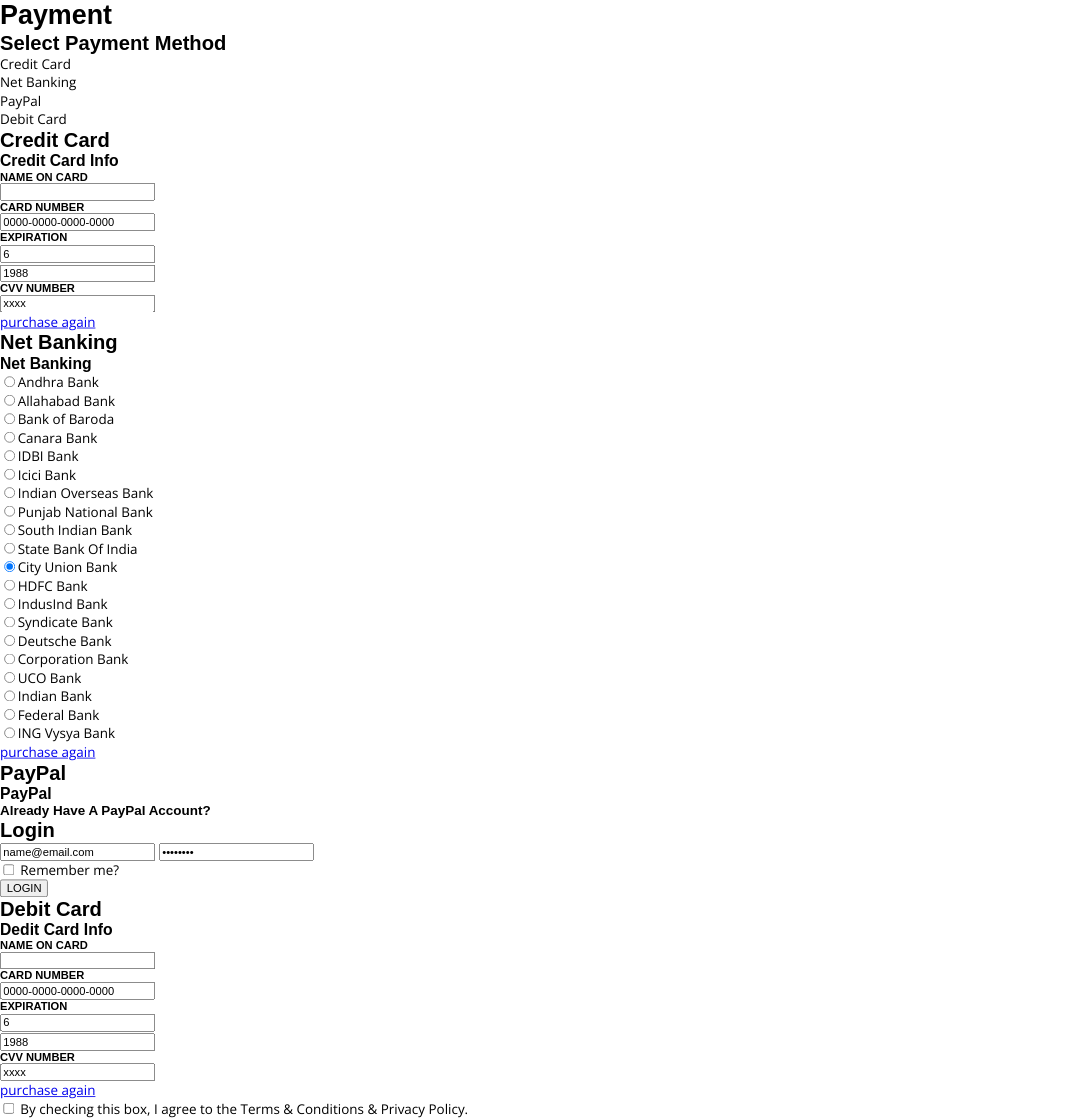
Repository: abinbabu/project-1-final
Page: http://localhost/shoppingcartfront/WEB-INF/views/lastpage.jsp
The author's editor kept a copy of each file at every save. The page is drawn from the files as they stood at one save, then again after the next save.
The browser window is 1280 px wide. The pictures show the whole page, at 84% of full size.
Some web fonts or font styles are not loaded; a fallback is used. The page is served by Tomcat 9. Nobody is signed in. Other server files are loaded and not shown. The template is opened directly, without the code that normally fills it, so the values that code supplies are empty.

Above is the page before, as saved 2016-08-21 09:49:42.

### final complete/shoppingcartfront/src/main/webapp/WEB-INF/views/lastpage.jsp
<%@ page language="java" contentType="text/html; charset=ISO-8859-1"
    pageEncoding="ISO-8859-1"%>
    <%@ taglib prefix="spring" uri="http://www.springframework.org/tags"%>
<%@ taglib uri="http://java.sun.com/jsp/jstl/core" prefix="c"%>
<!DOCTYPE html PUBLIC "-//W3C//DTD HTML 4.01 Transitional//EN" "http://www.w3.org/TR/html4/loose.dtd">
<html>
<head>
<meta http-equiv="Content-Type" content="text/html; charset=ISO-8859-1">
<link href="<c:url value="/resources/css/style.css" />"
	rel="stylesheet">
	<link href='//fonts.googleapis.com/css?family=Fugaz+One' rel='stylesheet' type='text/css'>
<link href='//fonts.googleapis.com/css?family=Alegreya+Sans:400,100,100italic,300,300italic,400italic,500,500italic,700,700italic,800,800italic,900,900italic' rel='stylesheet' type='text/css'>
<link href='//fonts.googleapis.com/css?family=Open+Sans:400,300,300italic,400italic,600,600italic,700,700italic,800,800italic' rel='stylesheet' type='text/css'>
<script src="<c:url value="/resources/js/jquery.min.js" />"></script>


<title>payment</title>
</head>
<body>
<div class="main">
		<h1>Payment</h1>
		<div class="content">

			<script src="<c:url value="/resources/js/easyResponsiveTabs.js" />" type="text/javascript"></script>
					<script type="text/javascript">
						$(document).ready(function () {
							$('#horizontalTab').easyResponsiveTabs({
								type: 'default', //Types: default, vertical, accordion
								width: 'auto', //auto or any width like 600px
								fit: true   // 100% fit in a container
							});
						});

					</script>
						<div class="sap_tabs">
							<div id="horizontalTab" style="display: block; width: 100%; margin: 0px;">
								<div class="pay-tabs">
									<h2>Select Payment Method</h2>
									  <ul class="resp-tabs-list">
										  <li class="resp-tab-item" aria-controls="tab_item-0" role="tab"><span><label class="pic1"></label>Credit Card</span></li>
										  <li class="resp-tab-item" aria-controls="tab_item-1" role="tab"><span><label class="pic3"></label>Net Banking</span></li>
										  <li class="resp-tab-item" aria-controls="tab_item-2" role="tab"><span><label class="pic4"></label>PayPal</span></li>
										  <li class="resp-tab-item" aria-controls="tab_item-3" role="tab"><span><label class="pic2"></label>Debit Card</span></li>
										  <div class="clear"></div>
									  </ul>
								</div>
								<div class="resp-tabs-container">
									<div class="tab-1 resp-tab-content" aria-labelledby="tab_item-0">
										<div class="payment-info">

											<h3 class="pay-title">Credit Card Info</h3>
											<form>
												<div class="tab-for">
													<h5>NAME ON CARD</h5>
														<input type="text" value="">
													<h5>CARD NUMBER</h5>
														<input class="pay-logo" type="text" value="0000-0000-0000-0000" onfocus="this.value = '';" onblur="if (this.value == '') {this.value = '0000-0000-0000-0000';}" required="">
												</div>
												<div class="transaction">
													<div class="tab-form-left user-form">
														<h5>EXPIRATION</h5>
															<ul>
																<li>
																	<input type="number" class="text_box" type="text" value="6" min="1" />
																</li>
																<li>
																	<input type="number" class="text_box" type="text" value="1988" min="1" />
																</li>

															</ul>
													</div>
													<div class="tab-form-right user-form-rt">
														<h5>CVV NUMBER</h5>
														<input type="text" value="xxxx" onfocus="this.value = '';" onblur="if (this.value == '') {this.value = 'xxxx';}" required="">
													</div>
													<div class="clear"></div>
												</div>
												<a href="#">purchase again</a>

											</form>

										</div>
									</div>
									<div class="tab-1 resp-tab-content" aria-labelledby="tab_item-1">
										<div class="payment-info">
											<h3>Net Banking</h3>
											<div class="radio-btns">
												<div class="swit">
													<div class="check_box"> <div class="radio"> <label><input type="radio" name="radio" checked=""><i></i>Andhra Bank</label> </div></div>
													<div class="check_box"> <div class="radio"> <label><input type="radio" name="radio"><i></i>Allahabad Bank</label> </div></div>
													<div class="check_box"> <div class="radio"> <label><input type="radio" name="radio"><i></i>Bank of Baroda</label> </div></div>
													<div class="check_box"> <div class="radio"> <label><input type="radio" name="radio"><i></i>Canara Bank</label> </div></div>
													<div class="check_box"> <div class="radio"> <label><input type="radio" name="radio"><i></i>IDBI Bank</label> </div></div>
													<div class="check_box"> <div class="radio"> <label><input type="radio" name="radio"><i></i>Icici Bank</label> </div></div>
													<div class="check_box"> <div class="radio"> <label><input type="radio" name="radio"><i></i>Indian Overseas Bank</label> </div></div>
													<div class="check_box"> <div class="radio"> <label><input type="radio" name="radio"><i></i>Punjab National Bank</label> </div></div>
													<div class="check_box"> <div class="radio"> <label><input type="radio" name="radio"><i></i>South Indian Bank</label> </div></div>
													<div class="check_box"> <div class="radio"> <label><input type="radio" name="radio"><i></i>State Bank Of India</label> </div></div>
												</div>
												<div class="swit">
													<div class="check_box"> <div class="radio"> <label><input type="radio" name="radio" checked=""><i></i>City Union Bank</label> </div></div>
													<div class="check_box"> <div class="radio"> <label><input type="radio" name="radio"><i></i>HDFC Bank</label> </div></div>
													<div class="check_box"> <div class="radio"> <label><input type="radio" name="radio"><i></i>IndusInd Bank</label> </div></div>
													<div class="check_box"> <div class="radio"> <label><input type="radio" name="radio"><i></i>Syndicate Bank</label> </div></div>
													<div class="check_box"> <div class="radio"> <label><input type="radio" name="radio"><i></i>Deutsche Bank</label> </div></div>
													<div class="check_box"> <div class="radio"> <label><input type="radio" name="radio"><i></i>Corporation Bank</label> </div></div>
													<div class="check_box"> <div class="radio"> <label><input type="radio" name="radio"><i></i>UCO Bank</label> </div></div>
													<div class="check_box"> <div class="radio"> <label><input type="radio" name="radio"><i></i>Indian Bank</label> </div></div>
													<div class="check_box"> <div class="radio"> <label><input type="radio" name="radio"><i></i>Federal Bank</label> </div></div>
													<div class="check_box"> <div class="radio"> <label><input type="radio" name="radio"><i></i>ING Vysya Bank</label> </div></div>
												</div>
												<div class="clear"></div>
											</div>
											<a href="#">purchase again</a>
										</div>
									</div>
									<div class="tab-1 resp-tab-content" aria-labelledby="tab_item-2">
										<div class="payment-info">
											<h3>PayPal</h3>
											<h4>Already Have A PayPal Account?</h4>
											<div class="login-tab">
												<div class="user-login">
													<h2>Login</h2>

													<form>
														<input type="text" value="name@email.com" onfocus="this.value = '';" onblur="if (this.value == '') {this.value = 'name@email.com';}" required="">
														<input type="password" value="PASSWORD" onfocus="this.value = '';" onblur="if (this.value == '') {this.value = 'PASSWORD';}" required="">
															<div class="user-grids">
																<div class="user-left">
																	<div class="single-bottom">
																			<ul>
																				<li>
																					<input type="checkbox"  id="brand1" value="">
																					<label for="brand1"><span></span>Remember me?</label>
																				</li>
																			</ul>
																	</div>
																</div>
																<div class="user-right">
																	<input type="submit" value="LOGIN">
																</div>
																<div class="clear"></div>
															</div>
													</form>
												</div>
											</div>
										</div>
									</div>
									<div class="tab-1 resp-tab-content" aria-labelledby="tab_item-3">
										<div class="payment-info">

											<h3 class="pay-title">Dedit Card Info</h3>
											<form>
												<div class="tab-for">
													<h5>NAME ON CARD</h5>
														<input type="text" value="">
													<h5>CARD NUMBER</h5>
														<input class="pay-logo" type="text" value="0000-0000-0000-0000" onfocus="this.value = '';" onblur="if (this.value == '') {this.value = '0000-0000-0000-0000';}" required="">
												</div>
												<div class="transaction">
													<div class="tab-form-left user-form">
														<h5>EXPIRATION</h5>
															<ul>
																<li>
																	<input type="number" class="text_box" type="text" value="6" min="1" />
																</li>
																<li>
																	<input type="number" class="text_box" type="text" value="1988" min="1" />
																</li>

															</ul>
													</div>
													<div class="tab-form-right user-form-rt">
														<h5>CVV NUMBER</h5>
														<input type="text" value="xxxx" onfocus="this.value = '';" onblur="if (this.value == '') {this.value = 'xxxx';}" required="">
													</div>
													<div class="clear"></div>
												</div>
												<a href="#">purchase again</a>
											</form>
											<div class="single-bottom">
													<ul>
														<li>
															<input type="checkbox"  id="brand" value="">
															<label for="brand"><span></span>By checking this box, I agree to the Terms & Conditions & Privacy Policy.</label>
														</li>
													</ul>
											</div>
										</div>
									</div>
								</div>
							</div>
						</div>

		</div>
		</div>
</body>
</html>

Loaded but not shown: final complete/shoppingcartfront/src/main/webapp/resources/js/jquery.min.js (library); final complete/shoppingcartfront/src/main/webapp/resources/js/easyResponsiveTabs.js (110 lines, source omitted); final complete/shoppingcartfront/src/main/webapp/resources/css/style.css (3419 lines, source omitted)

After the next save:
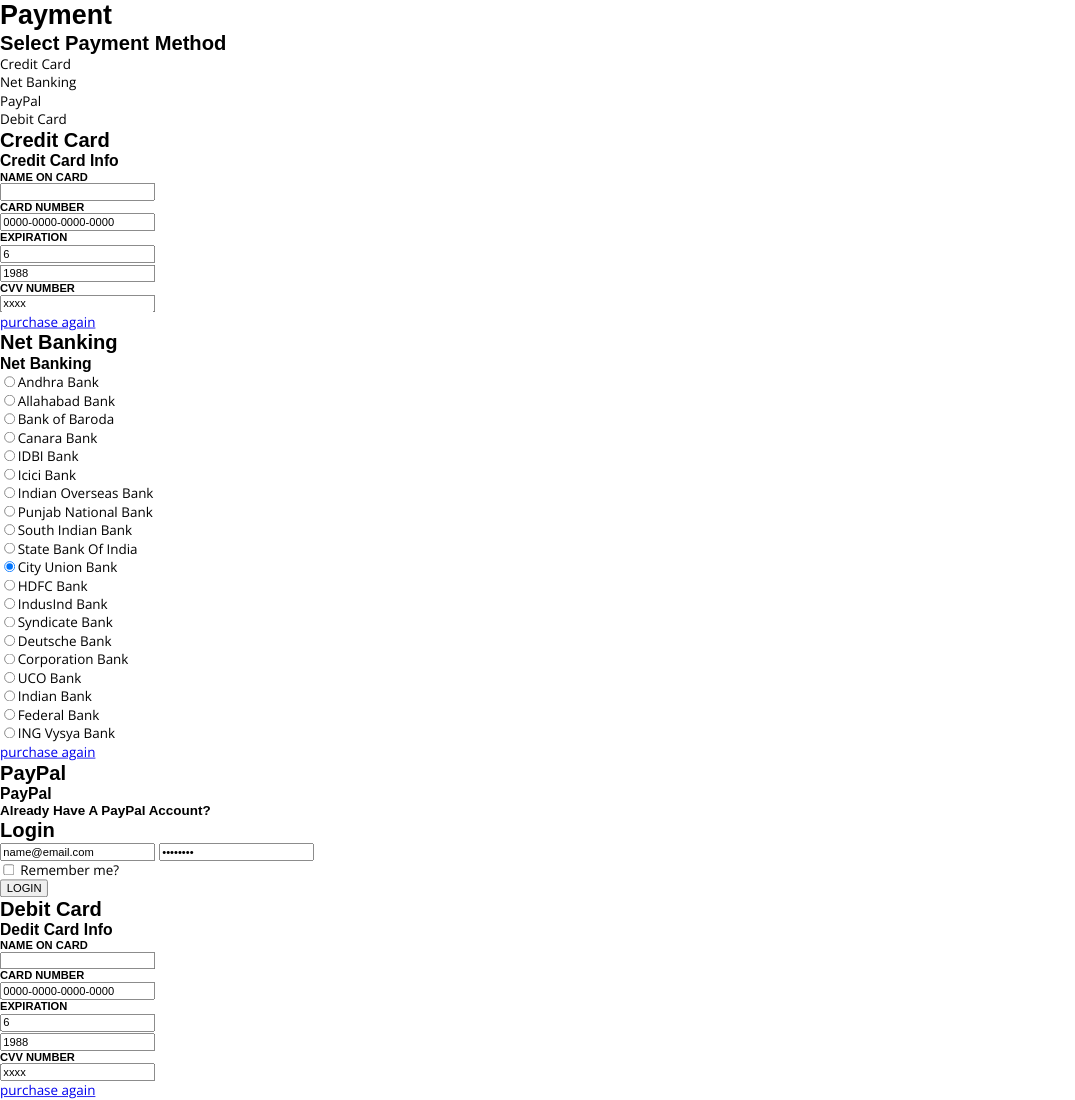
Saved 19 s later.
--- a/final complete/shoppingcartfront/src/main/webapp/WEB-INF/views/lastpage.jsp
+++ b/final complete/shoppingcartfront/src/main/webapp/WEB-INF/views/lastpage.jsp
@@ -178,13 +178,8 @@
 												</div>
 												<a href="#">purchase again</a>
 											</form>
-											<div class="single-bottom">
-													<ul>
-														<li>
-															<input type="checkbox"  id="brand" value="">
-															<label for="brand"><span></span>By checking this box, I agree to the Terms & Conditions & Privacy Policy.</label>
-														</li>
-													</ul>
+
+
 											</div>
 										</div>
 									</div>
